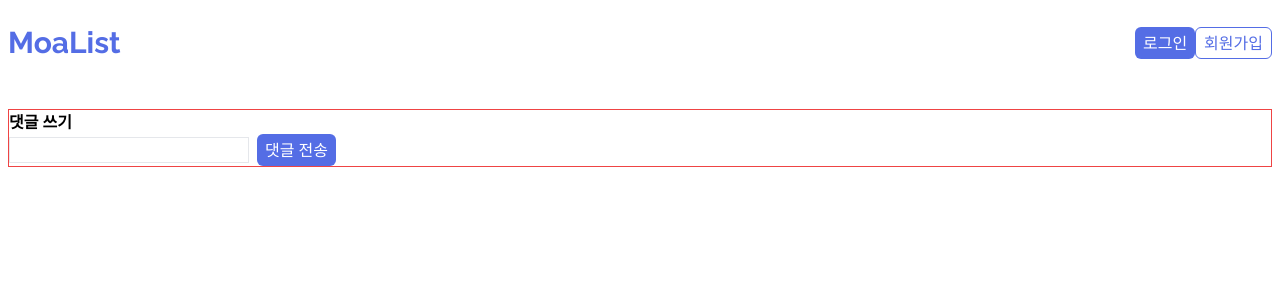
Repository: wisdomshin/moa-list
Page: /comment/new
These files come from the project's save history. The page is drawn as it stood at one moment and after the next save; the edit follows.
The browser window is 1280 px wide. The pictures show the whole page.
The page's requests for data from a server got no answer. The project was rebuilt for these pictures with package versions that can differ from the ones it lists, and the page was loaded fresh each time. The framework's server and built-in components were replaced by stand-ins that run in the browser. No one was signed in, and anything a server would have sent is missing. Also part of the build but not shown: next.config.mjs, components/layout/LogoutBtn.js.

Above is the page before, as saved 2024-02-21 00:24:03.

### app/layout.js
import { Open_Sans } from 'next/font/google';
import './globals.css';
import Header from '@/components/layout/Header';

const sans = Open_Sans({ subsets: ['latin'] });

export const metadata = {
  title: 'MoaList',
  description: '나만의 위시리스트를 모아리스트에 저장해보세요!',
  icons: {
    icon: '/favicon.svg',
  },
};

export default function RootLayout({ children }) {
  return (
    <html lang='ko' className={sans.className}>
      <body className='flex flex-col w-full max-w-screen-xl p-2 mx-auto'>
        <Header />
        <main className='mt-8'>{children}</main>
      </body>
    </html>
  );
}

### app/comment/new/page.js
export default function CommentWrite() {
  return (
    <section className='border border-red-500'>
      <b className='block'>댓글 쓰기</b>
      <input type='text' className='mr-2 border w-60' />
      <button className='px-2 py-1 rounded-md bg-[#546de5] text-white'>
        댓글 전송
      </button>
    </section>
  );
}

### app/globals.css
@tailwind base;
@tailwind components;
@tailwind utilities;

* {
  box-sizing: border-box;
}
button {
  cursor: pointer;
  outline: none;
}

### components/layout/Header.js
import Link from 'next/link';
import { Raleway } from 'next/font/google';
import LoginBtn from './LoginBtn';
import { getServerSession } from 'next-auth';
import { authOptions } from '@/pages/api/auth/[...nextauth]';
import LogoutBtn from './LogoutBtn';
import Image from 'next/image';

const raleway = Raleway({ subsets: ['latin'] });

export default async function Header() {
  const session = await getServerSession(authOptions);

  return (
    <header className='flex items-center justify-between py-4'>
      <h1 className='text-3xl font-bold text-[#546de5]'>
        <Link href='/' className={raleway.className}>
          MoaList<i className='bi bi-list-stars'></i>
        </Link>
      </h1>
      <nav>
        {session ? (
          <div className='flex items-center gap-4'>
            <Link href='/moa' className=' text-[#546de5] text-xl'>
              moa
            </Link>
            <div className='flex items-center gap-2'>
              {session.user.image ? (
                <span className='w-[32px] h-[32px]'>{session.user.image}</span>
              ) : (
                <span className='bg-gray-200 w-[32px] h-[32px] rounded-full flex justify-center items-center'>
                  <Image
                    src='/avatar.svg'
                    width={25}
                    height={25}
                    alt={session.user.name}
                  />
                </span>
              )}
              <span className='text-lg'>{session.user.name}</span>
            </div>
            <LogoutBtn />
          </div>
        ) : (
          <>
            <LoginBtn />
            <Link
              href='/register'
              className='border border-[#546de5] text-[#546de5] px-2 py-1 rounded-md'
            >
              회원가입
            </Link>
          </>
        )}
      </nav>
    </header>
  );
}

### components/layout/LoginBtn.js
'use client';

import { signIn } from 'next-auth/react';

export default function LoginBtn() {
  return (
    <button
      onClick={() => signIn()}
      className='bg-[#546de5] text-white py-1 px-2 rounded-md'
    >
      로그인
    </button>
  );
}

### pages/api/auth/[...nextauth].js
import NextAuth from 'next-auth';
import { MongoDBAdapter } from '@next-auth/mongodb-adapter';
import GithubProvider from 'next-auth/providers/github';
import GoogleProvider from 'next-auth/providers/google';
import CredentialsProvider from 'next-auth/providers/credentials';
import bcrypt from 'bcrypt';
import { connectDB } from '@/util/database';

export const authOptions = {
  providers: [
    GithubProvider({
      clientId: process.env.GITHUB_CLIENT_ID,
      clientSecret: process.env.GITHUB_CLIENT_SECRET,
    }),
    GoogleProvider({
      clientId: process.env.GOOGLE_CLIENT_ID,
      clientSecret: process.env.GOOGLE_CLIENT_SECRET,
    }),

    CredentialsProvider({
      //1. 로그인페이지 폼 자동생성해주는 코드
      name: 'credentials',
      credentials: {
        email: { label: 'email', type: 'text' },
        password: { label: 'password', type: 'password' },
      },

      //2. 로그인요청시 실행되는코드
      //직접 DB에서 아이디,비번 비교하고
      //아이디,비번 맞으면 return 결과, 틀리면 return null 해야함
      async authorize(credentials) {
        let db = (await connectDB).db('moalist');
        let user = await db
          .collection('user_cred')
          .findOne({ email: credentials.email });
        if (!user) {
          // console.log('해당 이메일은 없음');
          return null;
        }
        const pwcheck = await bcrypt.compare(
          credentials.password,
          user.password
        );
        if (!pwcheck) {
          // console.log('비번틀림');
          return null;
        }
        return user;
      },
    }),
  ],

  //3. jwt 써놔야 잘됩니다 + jwt 만료일설정
  session: {
    strategy: 'jwt',
    maxAge: 30 * 24 * 60 * 60, //30일
  },

  callbacks: {
    //4. jwt 만들 때 실행되는 코드
    //user변수는 DB의 유저정보담겨있고 token.user에 뭐 저장하면 jwt에 들어갑니다.
    jwt: async ({ token, user }) => {
      if (user) {
        token.user = {};
        token.user.name = user.name;
        token.user.email = user.email;
      }
      return token;
    },
    //5. 유저 세션이 조회될 때 마다 실행되는 코드
    session: async ({ session, token }) => {
      session.user = token.user;
      return session;
    },
  },

  secret: process.env.NEXTAUTH_SECRET,
  adapter: MongoDBAdapter(connectDB),
};
export default NextAuth(authOptions);

### util/database.js
import { MongoClient } from 'mongodb';

const url = process.env.MONGODB_URL;
const options = { useNewUrlParser: true };
let connectDB;

if (process.env.NODE_ENV === 'development') {
  if (!global._mongo) {
    global._mongo = new MongoClient(url, options).connect();
  }
  connectDB = global._mongo;
} else {
  connectDB = new MongoClient(url, options).connect();
}
export { connectDB };

Loaded but not shown: tailwind.config.js (common file)

After the next save:
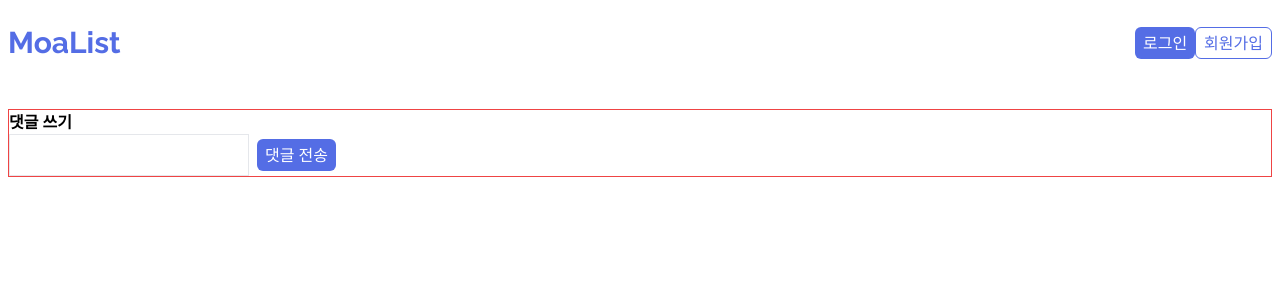
Saved 9 s later.
--- a/app/comment/new/page.js
+++ b/app/comment/new/page.js
@@ -2,7 +2,7 @@ export default function CommentWrite() {
   return (
     <section className='border border-red-500'>
       <b className='block'>댓글 쓰기</b>
-      <input type='text' className='mr-2 border w-60' />
+      <input type='text' className='p-2 mr-2 border w-60' />
       <button className='px-2 py-1 rounded-md bg-[#546de5] text-white'>
         댓글 전송
       </button>
